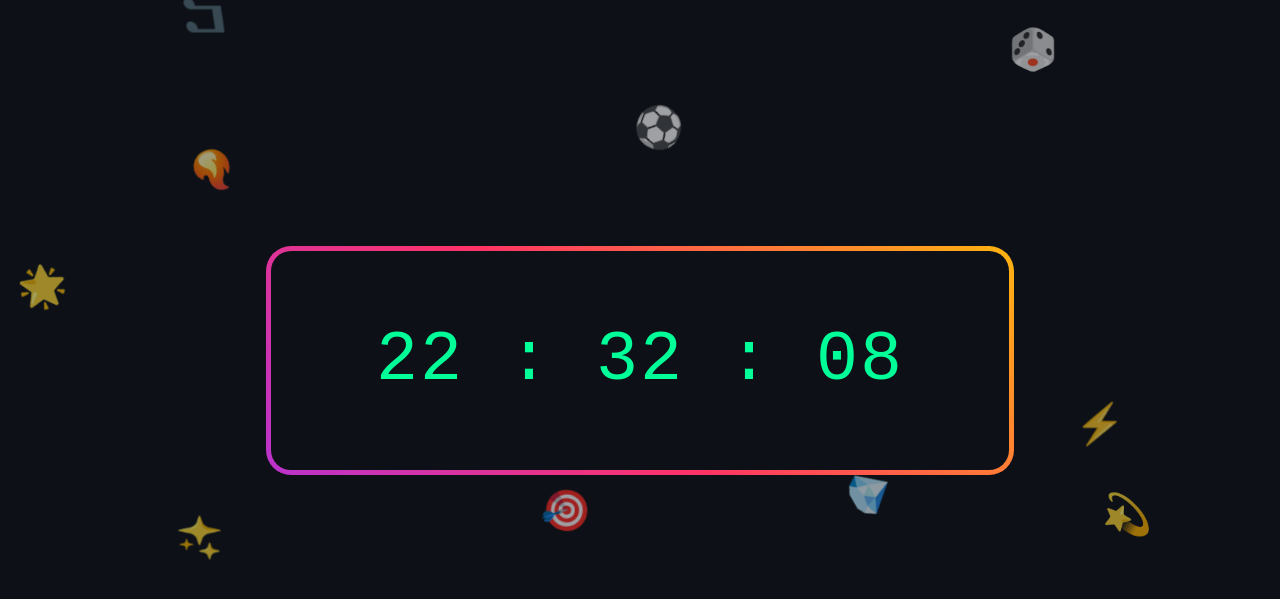
Repository: trunghau06/baiTapJs
Page: index.html
An editor plug-in stored every save of this project. The page is shown before and after the next save, followed by the edit.
The browser window is 1280 px wide. The pictures show the whole page.

Above is the page before, as saved 2025-10-21 21:58:07.

### index.html
<!DOCTYPE html>
<html lang="en">
<head>
    <meta charset="UTF-8">
    <meta name="viewport" content="width=device-width, initial-scale=1.0">
    <link rel="stylesheet" href="style.css">
    <title>Clock</title>
</head>
<body>
    <div class="floating-icon icon-1">🎵</div>
    <div class="floating-icon icon-2">🎲</div>
    <div class="floating-icon icon-3">✨</div>
    <div class="floating-icon icon-4">💫</div>
    <div class="floating-icon icon-5">🌟</div>
    <div class="floating-icon icon-6">⚡</div>
    <div class="floating-icon icon-7">🔥</div>
    <div class="floating-icon icon-8">💎</div>
    <div class="floating-icon icon-9">⚽</div>
    <div class="floating-icon icon-10">🎯</div>
    <div class="floating-icon icon-11">🚀</div>

    <div class="border-wrapper">
        <div class="showThoiGian">
            <span id="thoiGian"></span>
        </div>
    </div>
    <script src="main.js"></script>
</body>
</html>

### style.css
body {
    margin: 0;
    height: 100vh;
    display: flex;
    justify-content: center;
    align-items: center;
    background: #0d1117;
    color: #00ff99;
    font-family: monospace;
    overflow: hidden;
    position: relative;
}

.floating-icon {
    position: absolute;
    font-size: 40px;
    opacity: 0.6;
    pointer-events: none;
    animation: float 20s infinite ease-in-out;
}

.icon-1 {
    top: 10%;
    left: 10%;
    animation-delay: 0s;
}

.icon-2 {
    top: 20%;
    right: 15%;
    animation-delay: -5s;
}

.icon-3 {
    bottom: 15%;
    left: 20%;
    animation-delay: -10s;
}

.icon-4 {
    bottom: 25%;
    right: 10%;
    animation-delay: -15s;
}

.icon-5 {
    top: 50%;
    left: 5%;
    animation-delay: -7s;
}

.icon-6 {
    top: 60%;
    right: 8%;
    animation-delay: -12s;
}

.icon-7 {
    top: 35%;
    left: 15%;
    animation-delay: -3s;
}

.icon-8 {
    top: 75%;
    right: 25%;
    animation-delay: -8s;
}

.icon-9 {
    top: 15%;
    left: 50%;
    animation-delay: -14s;
}

.icon-10 {
    bottom: 10%;
    left: 45%;
    animation-delay: -6s;
}

.icon-11 {
    top: 45%;
    right: 20%;
    animation-delay: -11s;
}

@keyframes float {
    0%, 100% {
        transform: translate(0, 0) rotate(0deg);
    }
    25% {
        transform: translate(50px, -80px) rotate(90deg);
    }
    50% {
        transform: translate(-30px, -120px) rotate(180deg);
    }
    75% {
        transform: translate(-80px, -50px) rotate(270deg);
    }
}

.border-wrapper {
    position: relative;
    padding: 5px;
    border-radius: 25px;
    background: linear-gradient(45deg,
        #00ff99,
        #00ccff,
        #9933ff,
        #ff3366,
        #ffcc00,
        #00ff99
    );
    background-size: 400%;
    animation: gradient-rotate 3s linear infinite;
    z-index: 10;
}

@keyframes gradient-rotate {
    0% {
        background-position: 0% 50%;
    }
    50% {
        background-position: 100% 50%;
    }
    100% {
        background-position: 0% 50%;
    }
}

.showThoiGian {
    position: relative;
    font-size: 70px;
    letter-spacing: 2px;
    padding: 1em 1.5em;
    border-radius: 20px;
    text-align: center;
    color: #00ff99;
    background: #0d1117;
    max-width: 90vw;
}

@media (max-width: 768px) {
    .showThoiGian {
        font-size: 50px;
        padding: 0.8em 1.2em;
    }

    .floating-icon {
        font-size: 30px;
    }
}

@media (max-width: 480px) {
    .showThoiGian {
        font-size: 36px;
        padding: 0.6em 1em;
    }

    .floating-icon {
        font-size: 24px;
    }
}

### main.js
function showThoiGian() {
    let thoiGianHienTai = new Date();

    let gio  = thoiGianHienTai.getHours();
    let phut = thoiGianHienTai.getMinutes();
    let giay = thoiGianHienTai.getSeconds();

    gio  = formatNumber(gio);
    phut = formatNumber(phut);
    giay = formatNumber(giay);

    document.getElementById("thoiGian").innerHTML = gio + " : " + phut + " : " + giay;

    // setTimeout(showThoiGian, 1000);
}

function formatNumber(number) {
    return number < 10 ? "0" + number : String(number);
}

showThoiGian();

setInterval(showThoiGian, 1000);

After the next save:
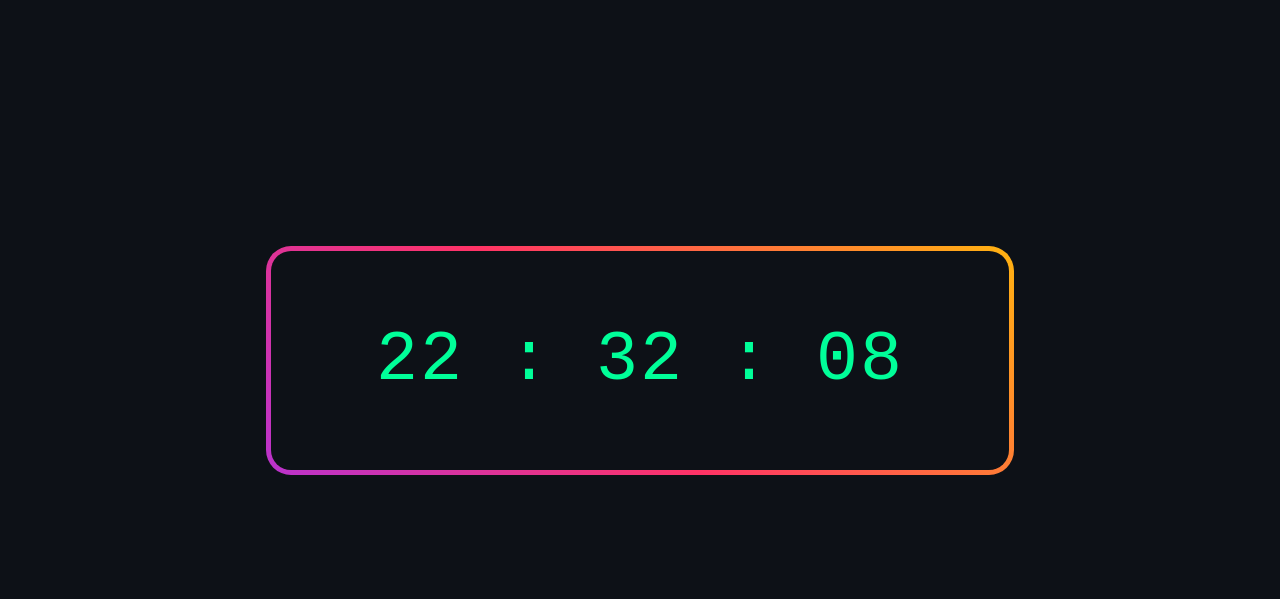
Saved 4 s later.
--- a/index.html
+++ b/index.html
@@ -7,18 +7,6 @@
     <title>Clock</title>
 </head>
 <body>
-    <div class="floating-icon icon-1">🎵</div>
-    <div class="floating-icon icon-2">🎲</div>
-    <div class="floating-icon icon-3">✨</div>
-    <div class="floating-icon icon-4">💫</div>
-    <div class="floating-icon icon-5">🌟</div>
-    <div class="floating-icon icon-6">⚡</div>
-    <div class="floating-icon icon-7">🔥</div>
-    <div class="floating-icon icon-8">💎</div>
-    <div class="floating-icon icon-9">⚽</div>
-    <div class="floating-icon icon-10">🎯</div>
-    <div class="floating-icon icon-11">🚀</div>
-
     <div class="border-wrapper">
         <div class="showThoiGian">
             <span id="thoiGian"></span>
